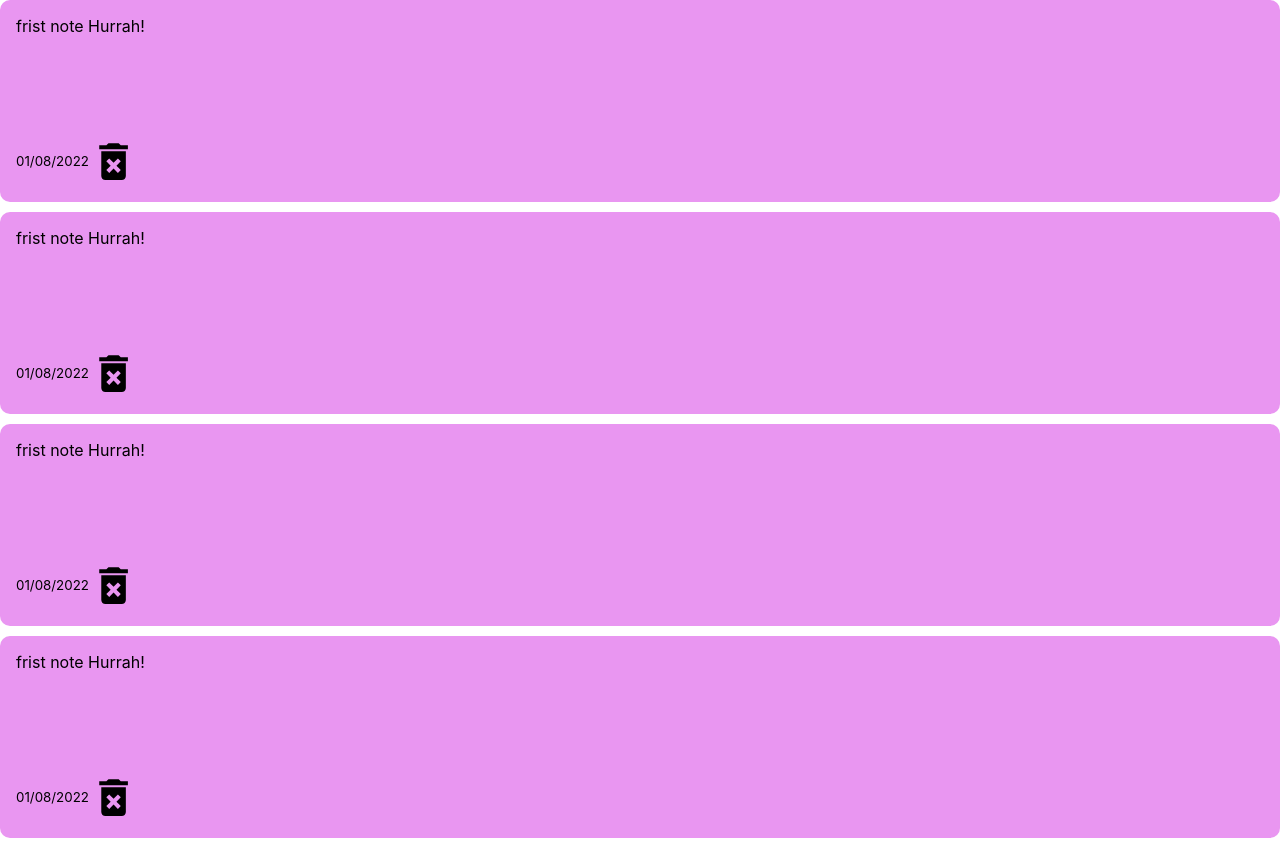
Repository: DeraBola/react-notes-app
Page: /
The author's editor kept a copy of each file at every save. The page is drawn from the files as they stood at one save, then again after the next save.
The browser window is 1280 px wide. The pictures show the whole page.
The project was rebuilt for these pictures with package versions that can differ from the ones it lists, and the page was loaded fresh each time.

Above is the page before, as saved 2022-08-01 08:31:58.

After the next save:
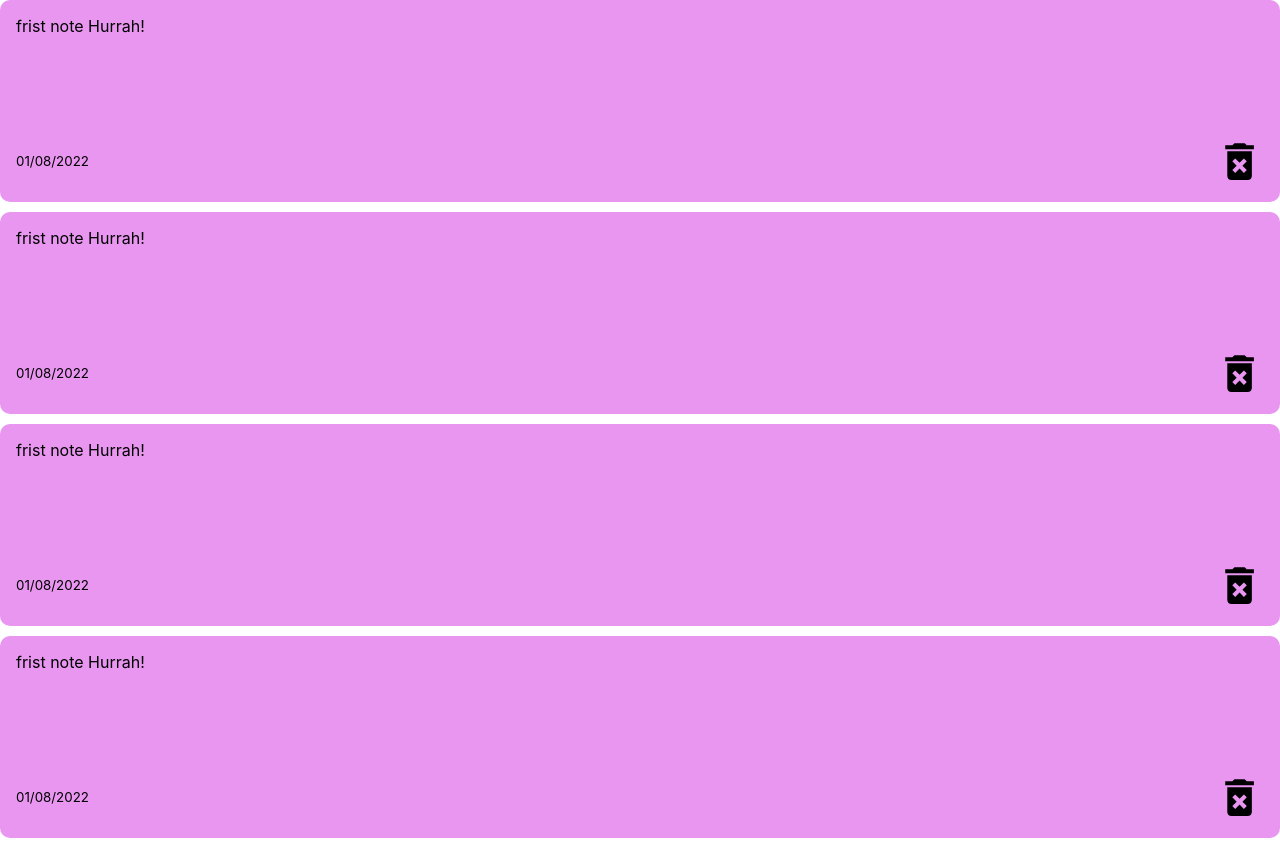
Saved 13 s later.
--- a/src/index.css
+++ b/src/index.css
@@ -23,5 +23,5 @@ code {
 .note-footer {
     display: flex;
     align-items: center;
-    j
+    justify-content: space-between;
 }
